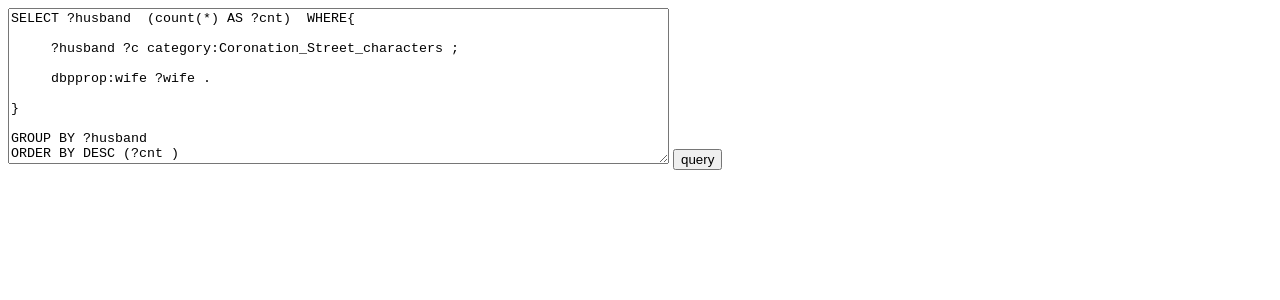
Repository: ds10/widgets-workspace
Page: DBpediawidget/src/index.html
These files come from the project's save history. The page is drawn as it stood at one moment and after the next save; the edit follows.
The browser window is 1280 px wide. The pictures show the whole page.

Above is the page before, as saved 2013-02-26 14:44:08.

### DBpediawidget/src/index.html
<!DOCTYPE HTML>
<html>
<head>
    <title>{widgetname}</title>

    <link href="style/main.css" rel="stylesheet" media="all"/>

    <style type="text/css">
    </style>

    <script src="script/main.js"></script>
</head>

<body>
<form Method="POST" Action="http://data-gov.tw.rpi.edu/ws/sparqlproxy.php" >
<textarea name="query" cols=80 rows="10" />
SELECT ?husband  (count(*) AS ?cnt)  WHERE{

     ?husband ?c category:Coronation_Street_characters ;

     dbpprop:wife ?wife .

}

GROUP BY ?husband
ORDER BY DESC (?cnt )
</textarea>
    <input value="query" type="submit" /><br />
</form>

</body>
</html>

### DBpediawidget/src/style/main.css
/* put your styles here */

body {
    font-size: 0.9em;
    font-family: Arial, Verdana, sans-serif;
}

### DBpediawidget/src/script/main.js
// main.js - put your code here

After the next save:
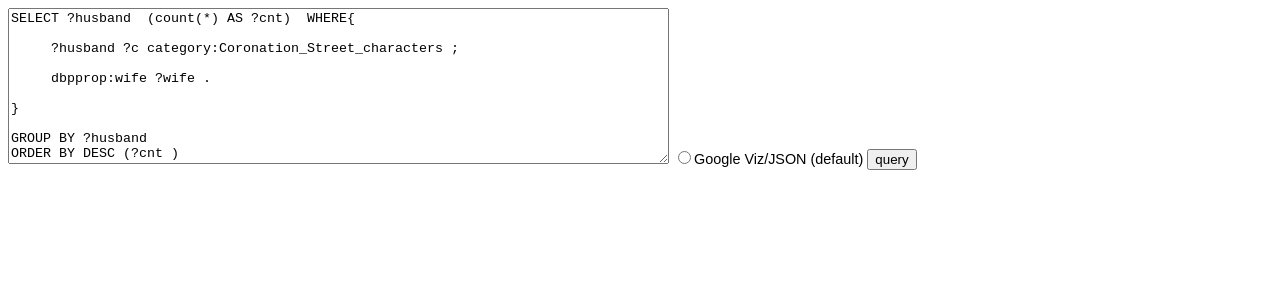
Saved 3 min 1 s later.
--- a/DBpediawidget/src/index.html
+++ b/DBpediawidget/src/index.html
@@ -25,6 +25,7 @@
 GROUP BY ?husband
 ORDER BY DESC (?cnt )
 </textarea>
+ <input name="output" value="gvds" type="radio" />Google Viz/JSON (default)
     <input value="query" type="submit" /><br />
 </form>
 
